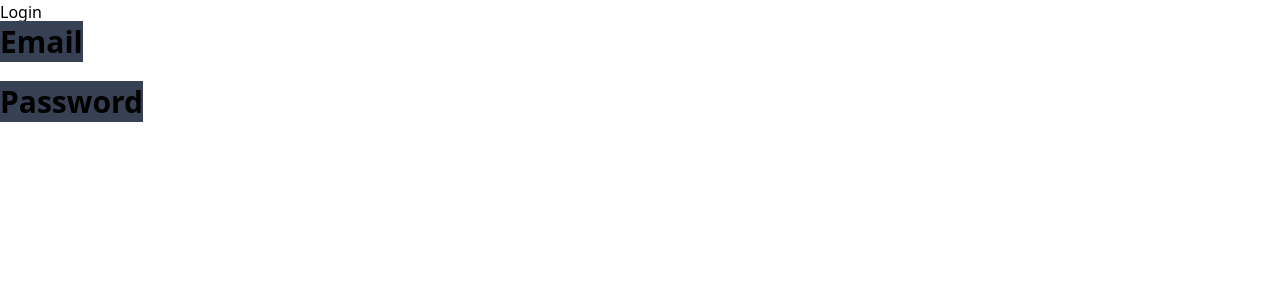
Repository: GabrielF0900/Tarefix
Page: / (app in Frontend/)
These files come from the project's save history. The page is drawn as it stood at one moment and after a run of saves; the edit follows.
The browser window is 1280 px wide. The pictures show the whole page.
The project was rebuilt for these pictures with package versions that can differ from the ones it lists, and the page was loaded fresh each time. Also part of the build but not shown: Frontend/vite.config.ts.

Above is the page before, as saved 2025-07-24 17:51:32.

After the next 2 saves:
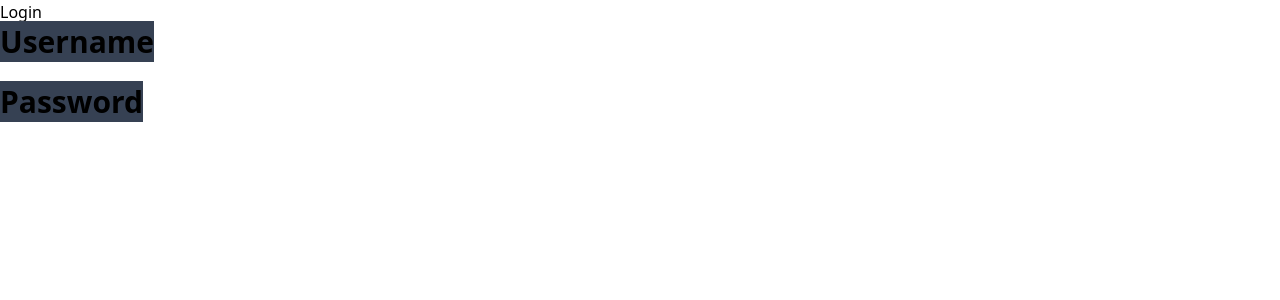
The 2 saves are shown as one change because 1 did not build or start.
The last was saved 16 s later.
--- a/Frontend/src/pages/Login.tsx
+++ b/Frontend/src/pages/Login.tsx
@@ -4,8 +4,7 @@ export function Login() {
     return (
         <div>
             <h1>Login</h1>
-            <Input label="Email" type="email" />
-
+            <Input type="text" label="Username" />
             <Input label="Password" type="password" />
         </div>
     )
